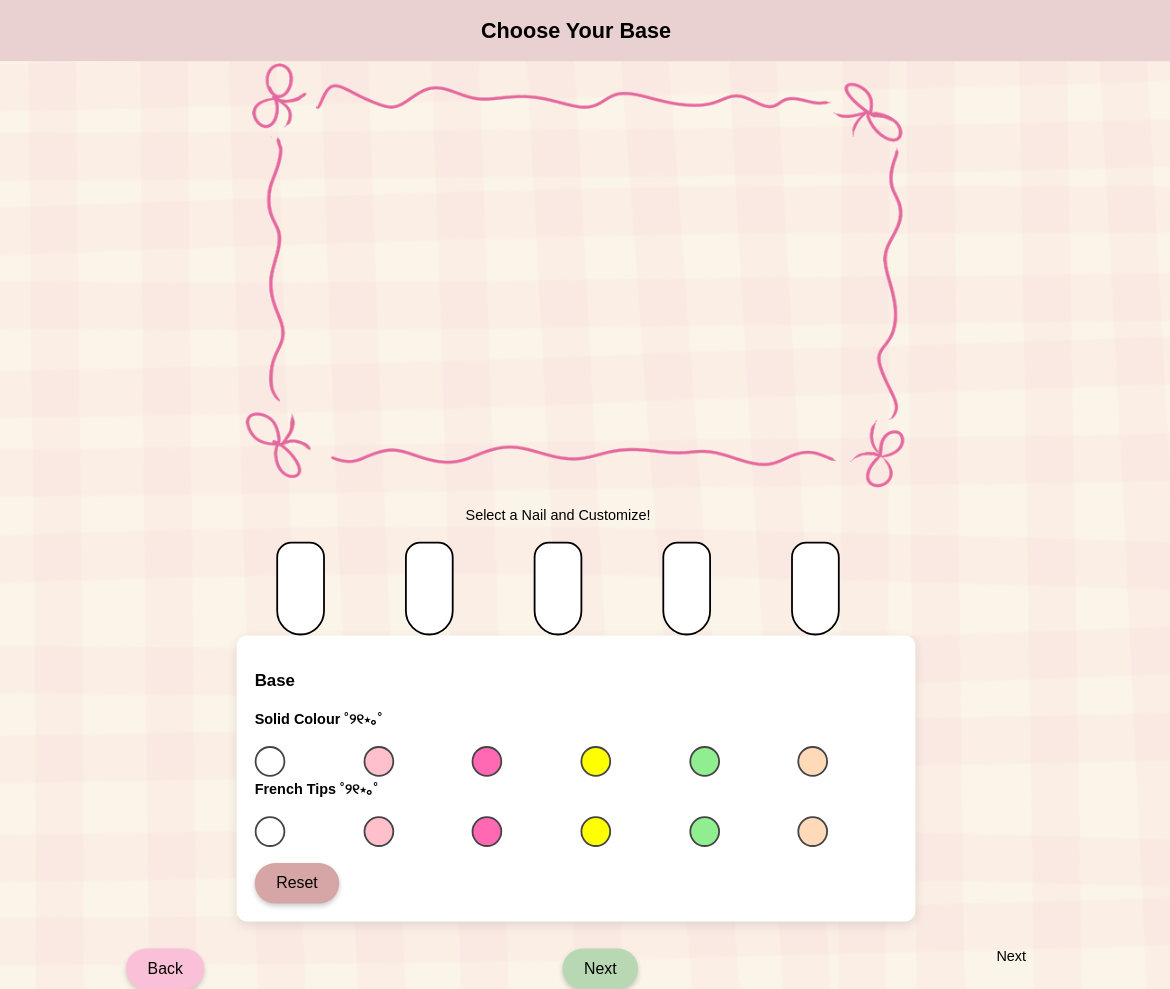
Repository: amolwalia/Fluidity-Lab
Page: basepaint.html
These files come from the project's save history. The page is drawn as it stood at one moment and after a run of saves; the edit follows.
The browser window is 1280 px wide. The page is 1300 px wide, so the pictures cover 1300 px, including what lies to the right of the window. The pictures show the whole page, at 90% of full size.

Above is the page before, as saved 2025-05-11 19:45:24.

After the next 7 saves:
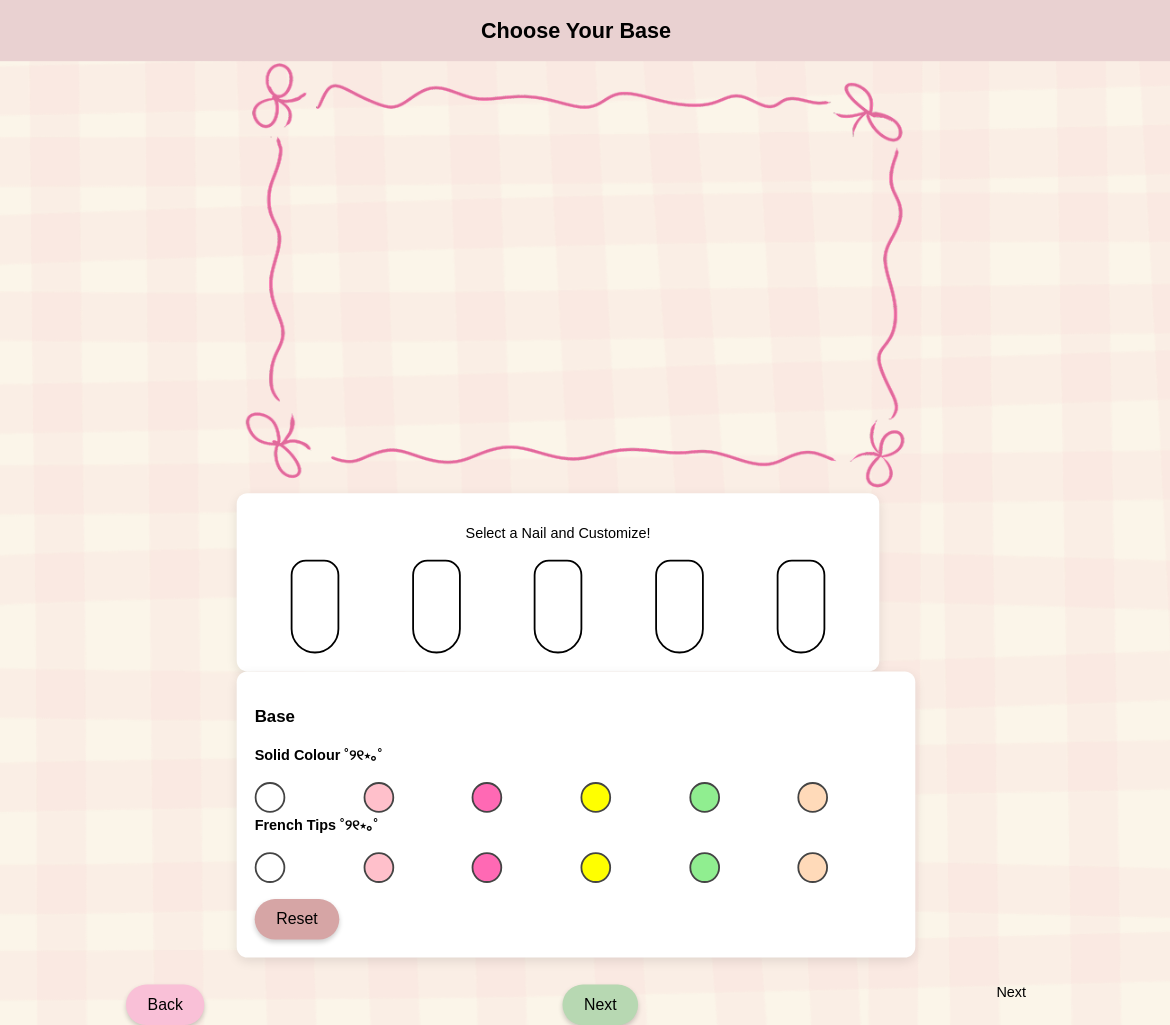
The 7 saves are shown as one change because they came seconds apart.
The last was saved 19 s later.
--- a/styles/basepaints.css
+++ b/styles/basepaints.css
@@ -25,7 +25,13 @@ header {
   max-width: 1000px;
 }
 
-.nail
+.nail-box-contianer {
+  display: flex;
+  flex-direction: column;
+  align-items: center;
+  justify-content: center;
+  width: 100%;
+}
 
 .nail-area,
 .palette {
